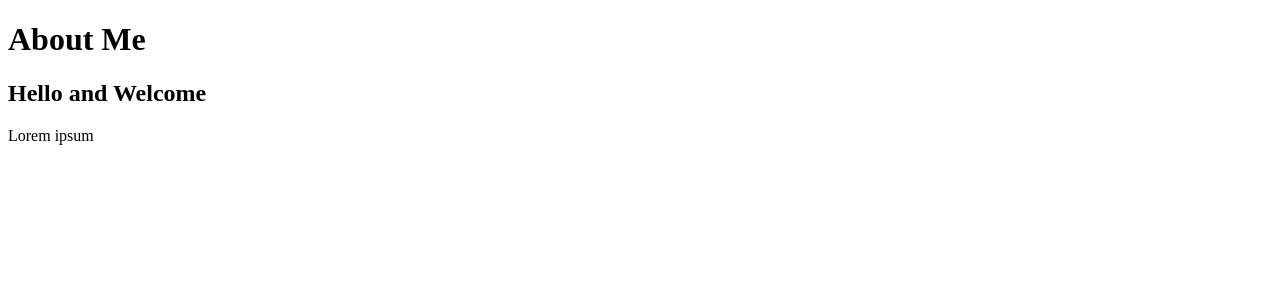
Repository: MelindaN14/My-Personal-Website
Page: about.html
The author's editor kept a copy of each file at every save. The page is drawn from the files as they stood at one save, then again after a run of saves.
The browser window is 1280 px wide. The pictures show the whole page.

Above is the page before, as saved 2024-03-21 21:05:06.

### about.html
<!DOCTYPE html>
<html lang="en">
  <head>
    <meta charset="UTF-8" />
    <meta name="viewport" content="width=device-width, initial-scale=1.0" />
    <title>About</title>
  </head>
  <body>
    <h1>About Me</h1>
    <h2>Hello and Welcome</h2>
    <p>Lorem ipsum</p>
  </body>
</html>

After the next 2 saves:
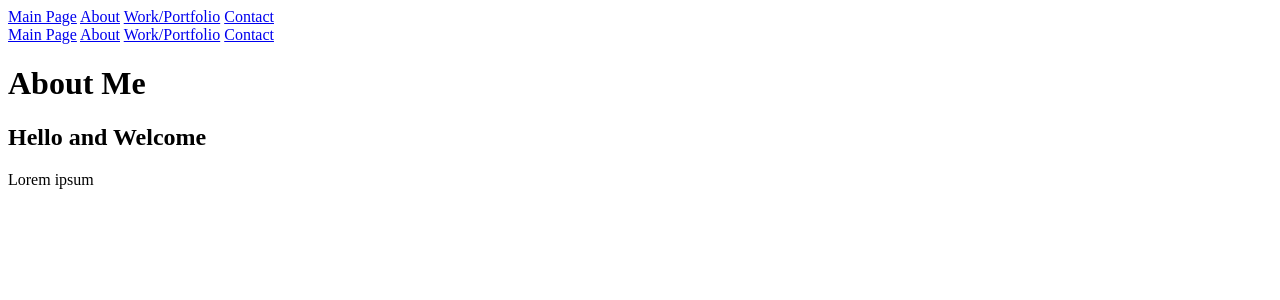
The 2 saves are shown as one change because they came seconds apart.
The last was saved 3 min 46 s later.
--- a/about.html
+++ b/about.html
@@ -4,6 +4,17 @@
     <meta charset="UTF-8" />
     <meta name="viewport" content="width=device-width, initial-scale=1.0" />
     <title>About</title>
+    <div class="navbar">
+    <a href="index.html">Main Page</a>
+    <a href="about.html">About</a>
+    <a href="portfolio.html">Work/Portfolio</a>
+    <a href="contact.html">Contact</a>
+      </div><div class="navbar">
+    <a href="index.html">Main Page</a>
+    <a href="about.html">About</a>
+    <a href="portfolio.html">Work/Portfolio</a>
+    <a href="contact.html">Contact</a>
+      </div>
   </head>
   <body>
     <h1>About Me</h1>
